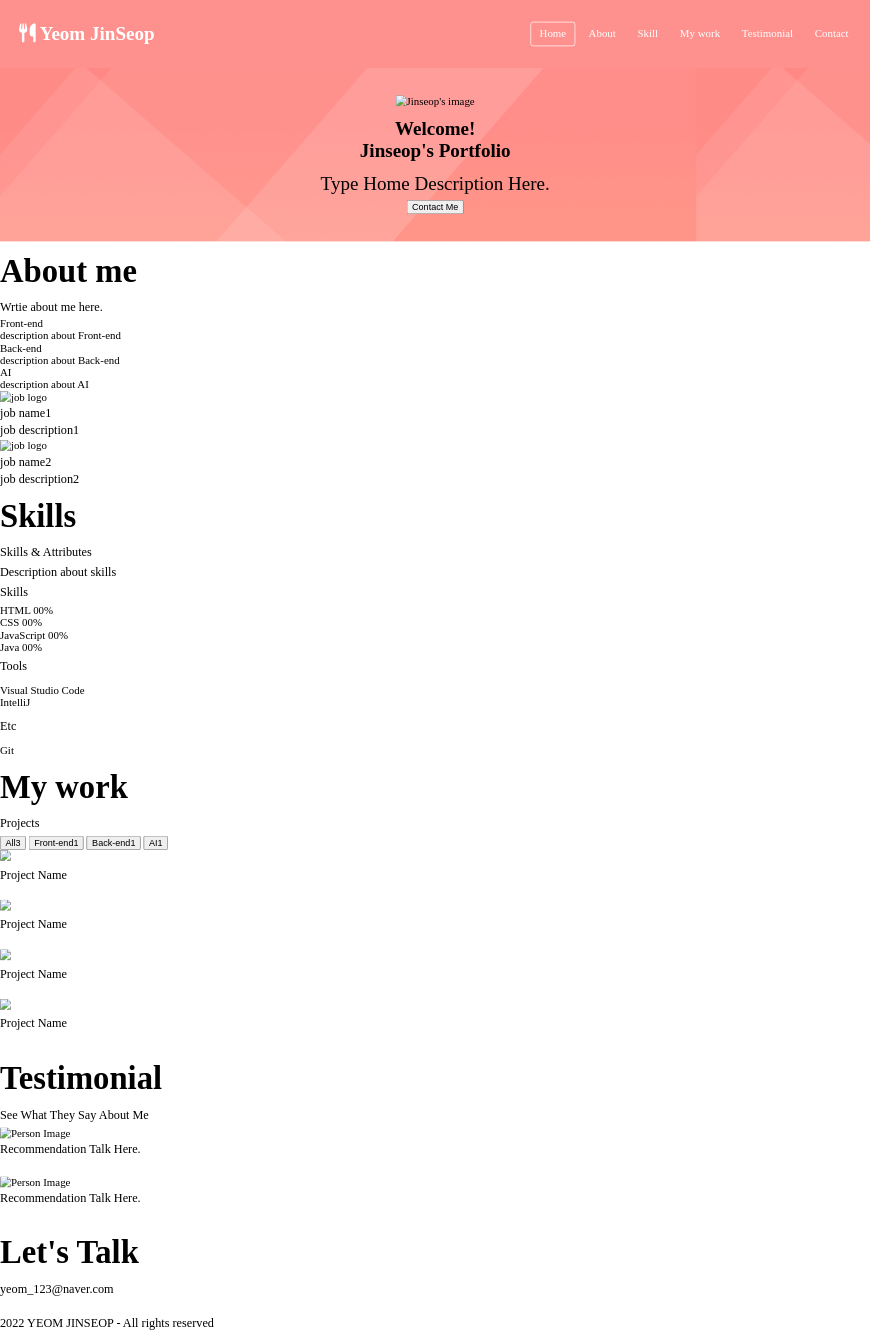
Repository: YEOMJINSEOP/yeomjinseop.github.io
Page: index.html
An editor plug-in stored every save of this project. The page is shown before and after the next save, followed by the edit.
The browser window is 1280 px wide. The pictures show the whole page, at 68% of full size.
Some web libraries are served in a nearby version.

Above is the page before, as saved 2022-08-14 11:41:41.

### index.html
<!DOCTYPE html>
<html lang="en">
<head>
  <meta charset="UTF-8">
  <meta http-equiv="X-UA-Compatible" content="IE=edge">
  <meta name="viewport" content="width=device-width, initial-scale=1.0">
  <title>Jinseop's Portfolio</title>
  <meta name="author" content="Jinseop Yeom">
  <meta name="description" content="Portfolio Website For Jinseop Yeom">

  <!--Logo Image-->
  <link rel="icon" type="image/png" href="images/favicon.png">


  <!--Font Awesome-->
  <script src="https://kit.fontawesome.com/d24b25bb21.js" crossorigin="anonymous"></script>

  <!--Google Fonts-->
  <link rel="preconnect" href="https://fonts.googleapis.com">
  <link rel="preconnect" href="https://fonts.gstatic.com" crossorigin>
  <link href="https://fonts.googleapis.com/css2?family=Open+Sans:wght@400;600;700&display=swap" rel="stylesheet">

  <!--CSS-->
  <link rel="stylesheet" href="style.css">

  <!--JavaScript-->
  <script src="main.js" defer></script>

</head>
<body>
  <!--Navbar-->
  <nav id="navbar">
    <div class="navbar__logo">
      <i class="fa-solid fa-utensils"></i>
      <a href="#">Yeom JinSeop</a>
    </div>
    <div>
      <ul class="navbar__menu">
        <li class="navbar__menu__item active">Home</li>
        <li class="navbar__menu__item">About</li>
        <li class="navbar__menu__item">Skill</li>
        <li class="navbar__menu__item">My work</li>
        <li class="navbar__menu__item">Testimonial</li>
        <li class="navbar__menu__item">Contact</li>
      </ul>
    </div>
  </nav>

  <!-- Home -->
  <section id="home">
    <img src="" alt="Jinseop's image" class="home__avatar">
    <h1 class="home__title">Welcome! <br/> Jinseop's Portfolio</h1>
    <h3 class="home__description">Type Home Description Here.</h3>
    <button class="home__button">Contact Me</button>
  </section>

  <!--About-->
  <section id="about">
    <h1>About me</h1>
    <p>Wrtie about me here.</p>
    <div class="about__majors">
      <div class="major">
        <div class="major__icon">

        </div>
        <div class="major__title">
          Front-end
        </div>
        <div class="major__description">
          description about Front-end
        </div>
      </div>
    </div>
    <div class="about__majors">
      <div class="major">
        <div class="major__icon">

        </div>
        <div class="major__title">
          Back-end
        </div>
        <div class="major__description">
          description about Back-end
        </div>
      </div>
    </div>
    <div class="about__majors">
      <div class="major">
        <div class="major__icon">

        </div>
        <div class="major__title">
          AI
        </div>
        <div class="major__description">
          description about AI
        </div>
      </div>
    </div>
    <div class="about__jobs">
      <div class="job">
        <img src="" alt="job logo" class="job__logo">
        <p class="job__name">job name1</p>
        <p class="job__description">job description1</p>
      </div>
      <div class="job">
        <img src="" alt="job logo" class="job__logo">
        <p class="job__name">job name2</p>
        <p class="job__description">job description2</p>
      </div>
    </div>
  </section>

  <!--Skills-->
  <section id="skills">
    <h1>Skills</h1>
    <h3>Skills & Attributes</h3>
    <p>Description about skills</p>
    <div class="skillset">
      <div class="skillset__left">
        <h3 class="skillset__title">Skills</h3>
        <div class="skill">
          <div class="skill_description">
            <span>HTML</span>
            <span>00%</span>
          </div>

          <div class="skill__bar">
            <div class="skill__value"></div>
          </div>
        </div>

        <div class="skill">
          <div class="skill_description">
            <span>CSS</span>
            <span>00%</span>
          </div>

          <div class="skill__bar">
            <div class="skill__value"></div>
          </div>

          <div class="skill">
            <div class="skill_description">
              <span>JavaScript</span>
              <span>00%</span>
            </div>

            <div class="skill__bar">
              <div class="skill__value"></div>
            </div>
          </div>
        </div>

        <div class="skill">
          <div class="skill_description">
            <span>Java</span>
            <span>00%</span>
          </div>

          <div class="skill__bar">
            <div class="skill__value"></div>
          </div>
        </div>
      </div>
      <div class="skillset_right">
        <div class="tools">
          <h3 class="skillset__title">Tools</h3>
          <ul class="tools_list">
            <li><span>Visual Studio Code</span></li>
            <li><span>IntelliJ</span></li>
          </ul>
        </div>

        <div class="etc">
          <h3 class="skillset__title">Etc</h3>
          <ul class="etc__list">
            <li><span>Git</span></li>
          </ul>
        </div>

      </div>
    </div>
  </section>

  <!--Work-->
  <section id="work">
    <h1>My work</h1>
    <h3>Projects</h3>
    <div class="work__categories">
      <button class="category__btn">All<span class="category__count">3</span></button>
      <button class="category__btn">Front-end<span class="category__count">1</span></button>
      <button class="category__btn">Back-end<span class="category__count">1</span></button>
      <button class="category__btn">AI<span class="category__count">1</span></button>
    </div>

    <div class="work__projects">
      <a href="#" class="project" target="blank">
        <img src="" alt="project image" class="project__image">
        <div class="project__description">
          <h3>Project Name</h3>
          <span>Description about Project</span>
        </div>
      </a>

      <a href="#" class="project" target="blank">
        <img src="" alt="project image" class="project__image">
        <div class="project__description">
          <h3>Project Name</h3>
          <span>Description about Project</span>
        </div>
      </a>

      <a href="#" class="project" target="blank">
        <img src="" alt="project image" class="project__image">
        <div class="project__description">
          <h3>Project Name</h3>
          <span>Description about Project</span>
        </div>
      </a>

      <a href="#" class="project" target="blank">
        <img src="" alt="project image" class="project__image">
        <div class="project__description">
          <h3>Project Name</h3>
          <span>Description about Project</span>
        </div>
      </a>
    </div>
  </section>

  <!--Testimonial-->
  <section id="testimonial">
    <h1>Testimonial</h1>
    <h3>See What They Say About Me</h3>
    <div class="testimonials">
      <div class="testimonial">
        <img src="" alt="Person Image" class="testimonial__avatar">
        <div class="testimonial__speech_bubble">
          <p>Recommendation Talk Here.</p>
          <p class="name"><a href="#">Professor A</a></p>
        </div>
      </div>

      <div class="testimonial">
        <img src="" alt="Person Image" class="testimonial__avatar">
        <div class="testimonial__speech_bubble">
          <p>Recommendation Talk Here.</p>
          <p class="name"><a href="#">Professor A</a></p>
        </div>
      </div>
    </div>
  </section>

  <!--Contact-->
  <section id="contact">
    <h1>Let's Talk</h1>
    <h3>yeom_123@naver.com</h3>
    <div class="contact_links">
      <a href="#" target="blank">
        <i class = "fab fa-github"></i>
      </a>

      <a href="#" target="blank">
        <i class = "fa fa-linkedin-square"></i>
      </a>
    </div>
    <p class="contact_rights">
      2022 YEOM JINSEOP - All rights reserved
    </p>
  </section>
</body>
</html>

### style.css
 /* Global */

 :root{
  /* Color */
  --color-white: #ffffff;
  --color-light-white: #eeeeee;
  --color-dark-whtie: #bdbdbd;
  --color-pink: #fe918d;
  --color-dark-pink: #ff6863;
  --color-black: #4d4d4d;
  --color-grey: #616161;
  --color-light-gray: #7c7979;
  --color-blue: #73aace;
  --color-yellow: #fff7d1;
  --color-orange: #feb546;
  --color-black: #000000;

  /* Font size */
  --font-large: 48px;
  --font-medium: 28px;
  --font-regular: 18px;
  --font-small: 16px;
  --font-micro: 14px;


  /* Font Weight */
  --weight-bold: 700;
  --weight-semi-bold: 600;
  --weight-regular: 400;

  /* Size */
  --size-border-radius: 4px;

 }

 /* Universal tages */
 * {
  box-sizing: border-box;
 }

 body{
  margin: 0;
  font-family:'Gill Sans', 'Gill Sans MT', Calibri, 'Trebuchet MS', sans-serif
  cursor: default;
}

 a{
  text-decoration: none;
  color: var(--color-white);
 }

 ul{
  list-style: none;
  padding-left: 0;
 }



 /* Typography */

 h1{
  font-size: var(--font-large);
  font-weight: var(--weight-bold);
  color: var(--color-black);
  margin: 16px 0;
 }

 h2{
  font-size: var(--font-medium);
  font-weight: var(--weight-semi-bold);
  color: var(--color-black);
  margin: 8px 0;
 }

 h3{
  font-size: var(--font-regular);
  font-weight: var(--weight-regular);
  color: var(--color-black);
  margin: 8px 0;
 }

 p{
  font-size: var(--font-regular);
  font-weight:  var(--font-regular);
  color: var(--color-black);
  margin: 4px 0;
 }

 /* Body  */

 /* Nav */
 #navbar{
  display: flex;
  justify-content: space-between;
  align-items: center;
  background-color: var(--color-pink);
  color: var(--color-white);
  padding: 16px;
 }

 .navbar__logo{
  font-size: var(--font-medium);
  font-weight: var(--weight-semi-bold);
  padding: 8px 12px;
 }

 .navbar__menu{
  display: flex;
  font-size: var(--font-small);
  font-weight: var(--weight-regular);
 }

 .navbar__menu__item.active{
  border: 1px solid white;
 }

 .navbar__menu__item{
  padding: 8px 12px;
  margin: 0 4px;
  border-radius: var(--size-border-radius);
  cursor: pointer;
 }

 .navbar__menu__item:hover{
  background-color: var(--color-dark-pink);
 }

 /* Home */

 #home{
  background: url('/images/homebackground.png');
  padding: 40px;
  text-align: center;
 }

 .home__avatar{

  width: 250px;
  height: 250px;
 }

 .home__title,
 .home__description{
  font-size: var(--font-medium);
 }

Loaded but not shown: main.js (no copy from this time; the picture is the same without it)

After the next save:
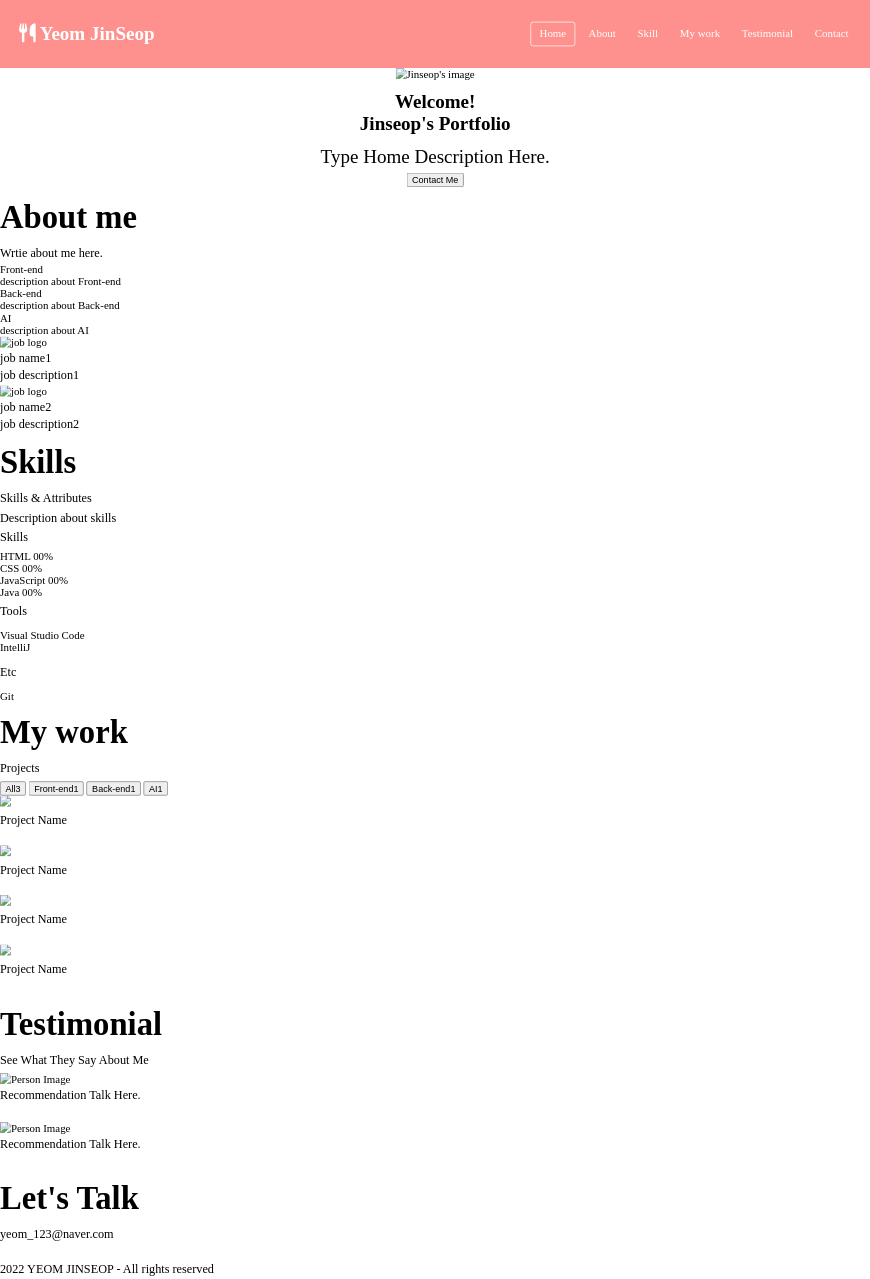
Saved 9 s later.
--- a/style.css
+++ b/style.css
@@ -128,7 +128,7 @@
  /* Home */
 
  #home{
-  background: url('/images/homebackground.png');
+  background: url('/images/homebackground.png') center
   padding: 40px;
   text-align: center;
  }

After the 3 saves that followed:
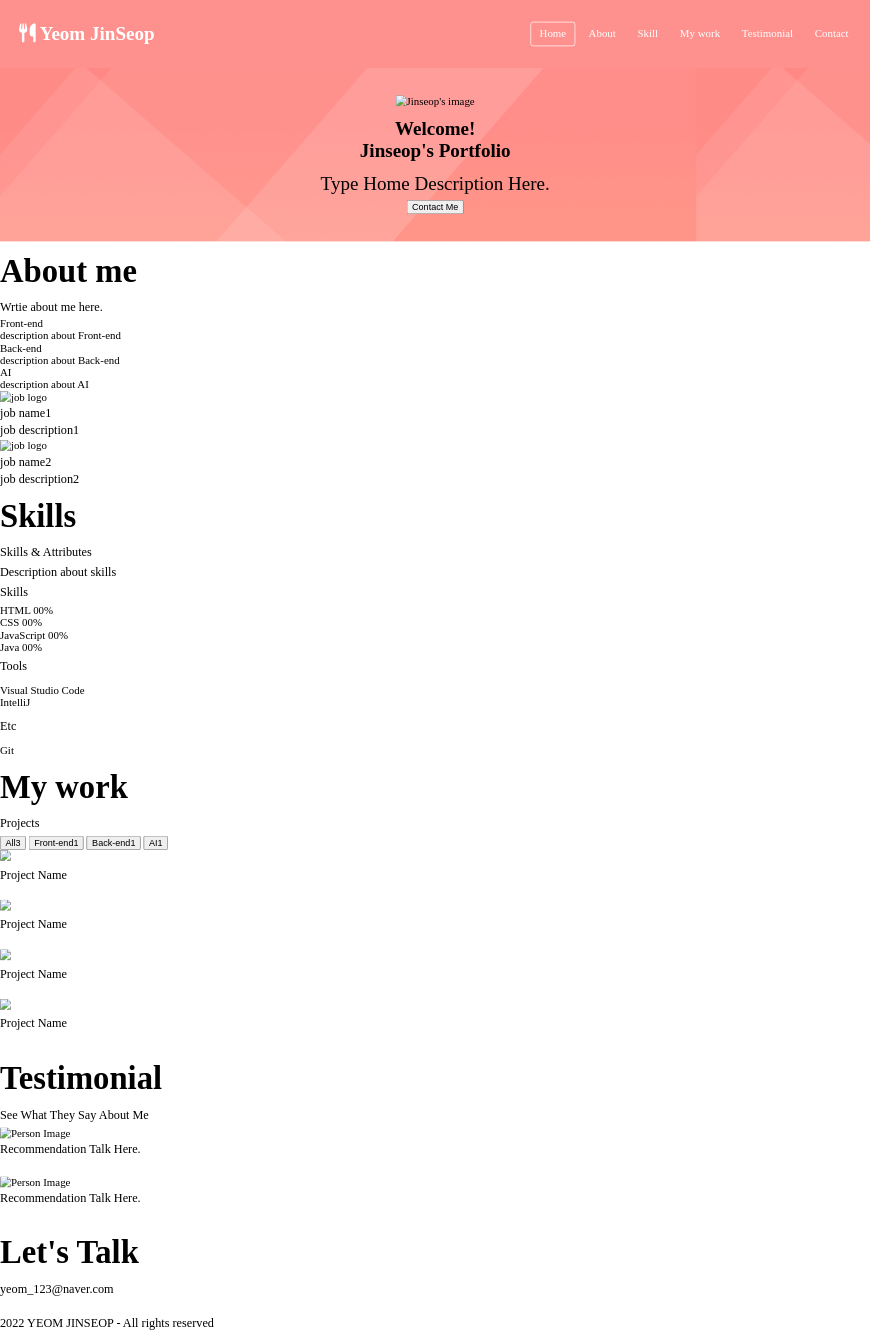
The 3 saves are shown as one change because 1 left the picture as it was and some came seconds apart.
The last was saved 15 s later.
--- a/style.css
+++ b/style.css
@@ -128,7 +128,7 @@
  /* Home */
 
  #home{
-  background: url('/images/homebackground.png') center
+  background: url('/images/homebackground.png');
   padding: 40px;
   text-align: center;
  }
